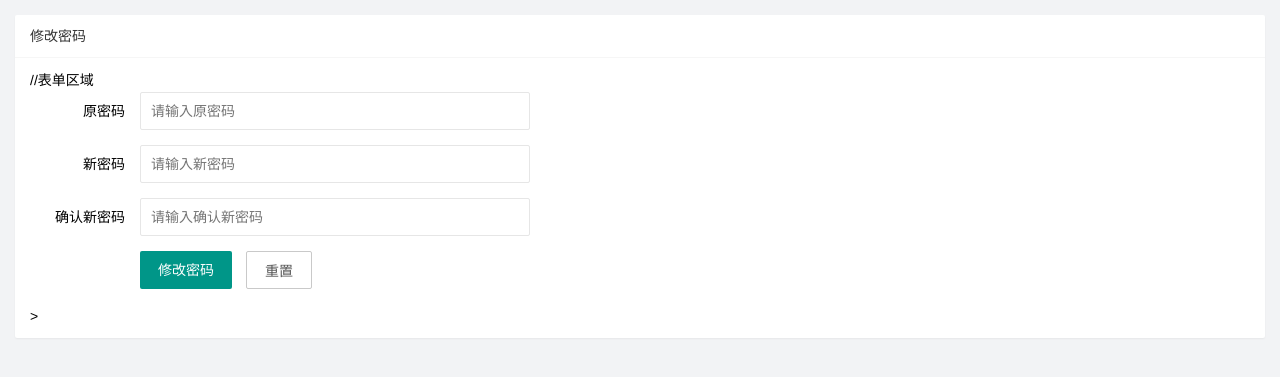
Repository: keyboying1/web_bigevent
Page: user/user_pwd.html
The author's editor kept a copy of each file at every save. The page is drawn from the files as they stood at one save, then again after the next save.
The browser window is 1280 px wide. The pictures show the whole page.

Above is the page before, as saved 2022-11-19 17:56:11.

After the next save:
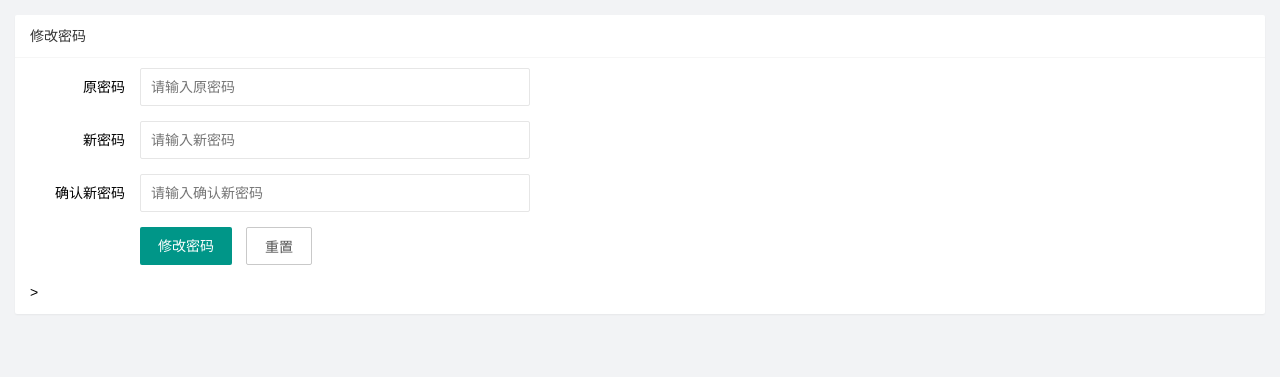
Saved 11 s later.
--- a/user/user_pwd.html
+++ b/user/user_pwd.html
@@ -14,7 +14,7 @@
     <div class="layui-card">
         <div class="layui-card-header">修改密码</div>
         <div class="layui-card-body">
-            //表单区域
+            <!-- //表单区域 -->
             <form class="layui-form">
                 <div class="layui-form-item">
                   <label class="layui-form-label">原密码</label>
